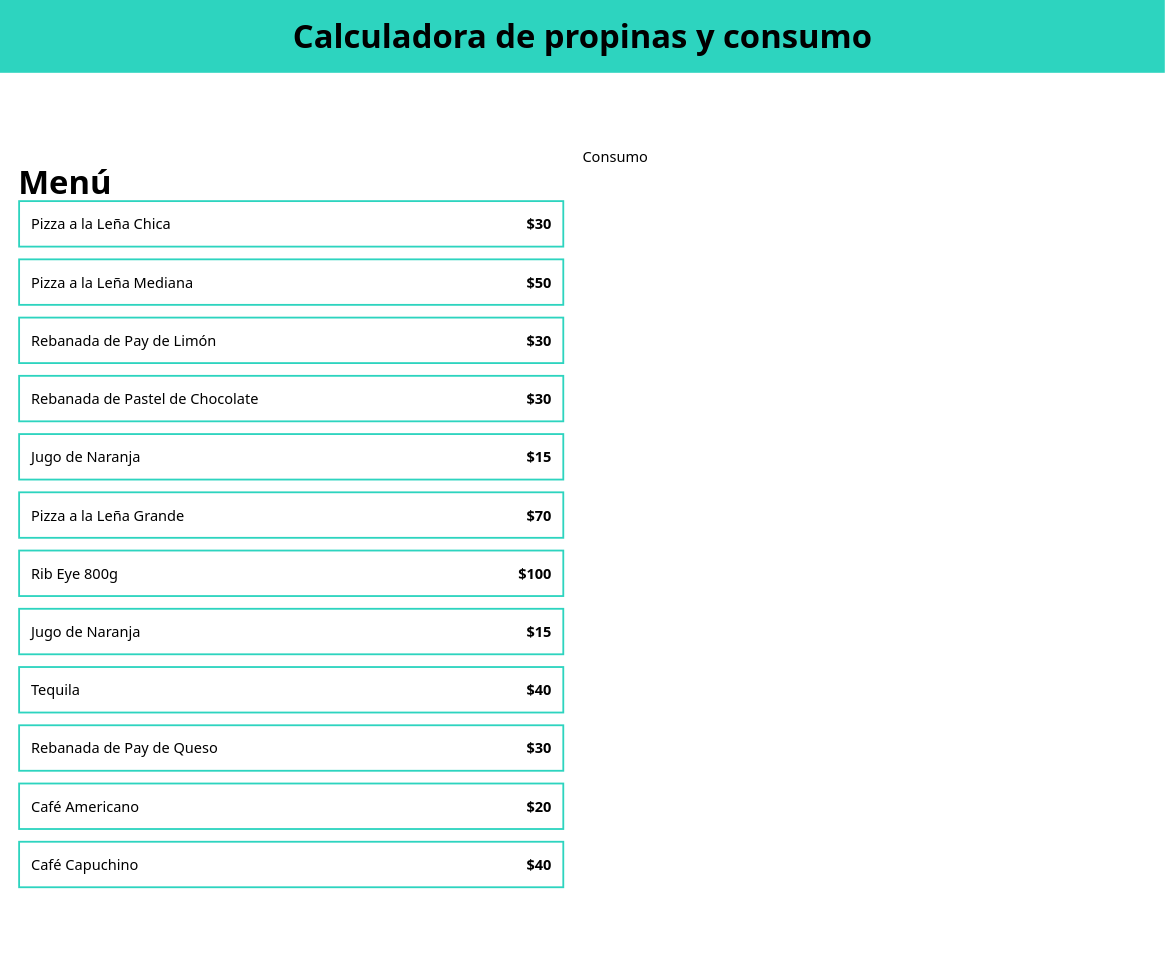
Repository: Samuel-Leal96/calculador_propinas
Page: /
An editor plug-in stored every save of this project. The page is shown before and after the next save, followed by the edit.
The browser window is 1280 px wide. The pictures show the whole page, at 91% of full size.
The project was rebuilt for these pictures with package versions that can differ from the ones it lists, and the page was loaded fresh each time. Also part of the build but not shown: vite.config.ts.

Above is the page before, as saved 2025-10-20 17:16:58.

After the next save:
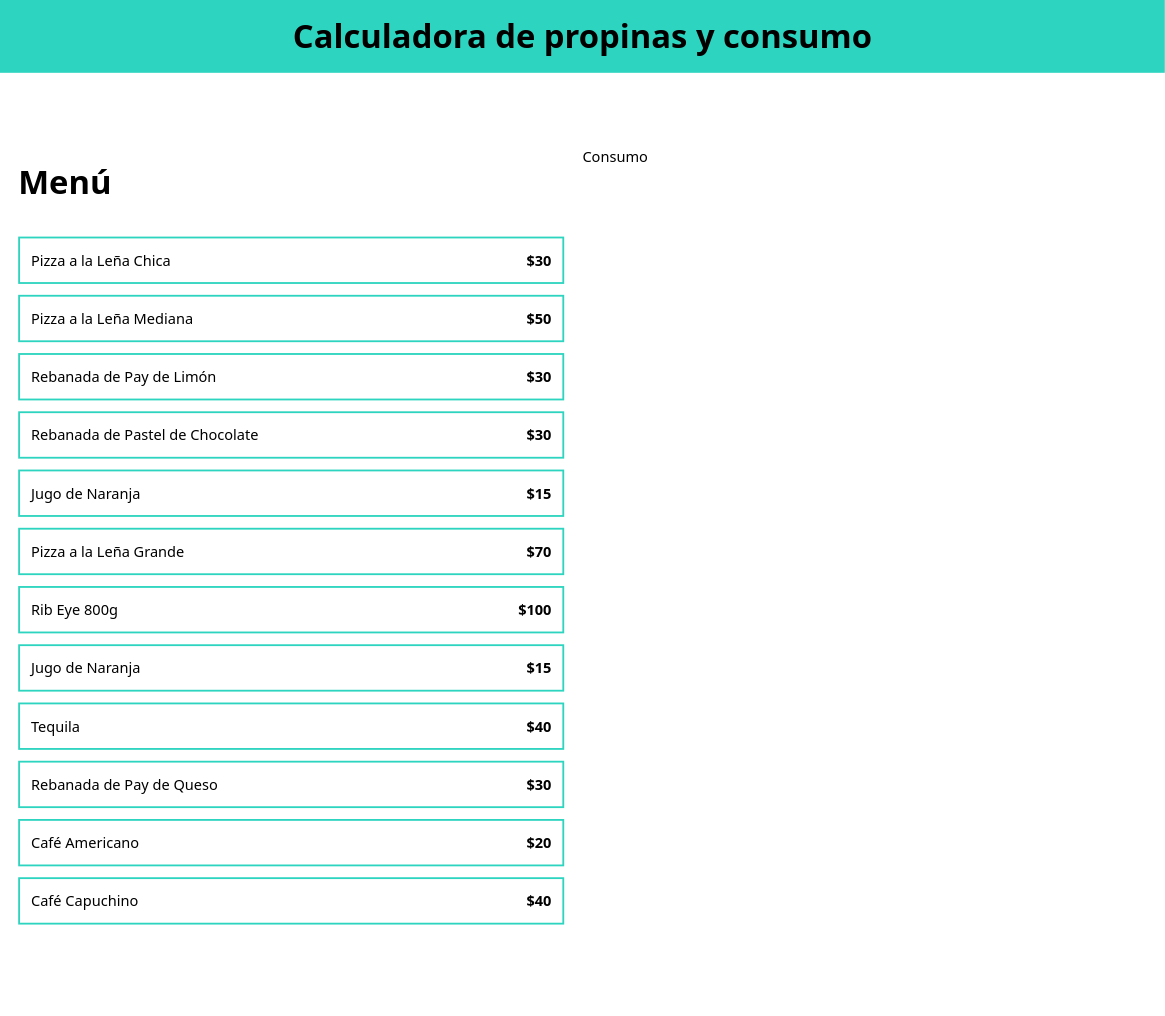
Saved 16 s later.
--- a/src/App.tsx
+++ b/src/App.tsx
@@ -13,7 +13,7 @@ function App() {
         <div className="p-5">
           <h2 className="text-4xl font-black">Menú</h2>
 
-          <div className="space-y-3">
+          <div className="space-y-3 mt-10">
             {menuItems.map((item) => (
               <MenuItem key={item.id}
                 item={item}
